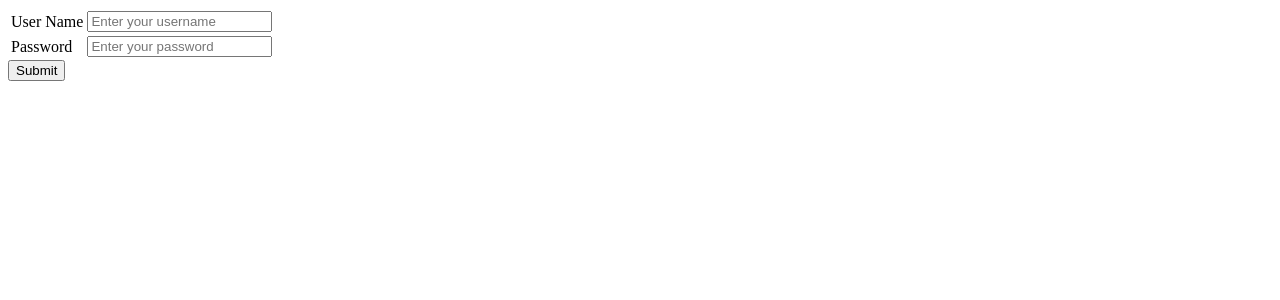
Repository: IT20643218/Employee-Management-System-OOP-Project-20-Y2S2
Page: http://localhost/EmployeeDemo/login.jsp
These files come from the project's save history. The page is drawn as it stood at one moment and after the next save; the edit follows.
The browser window is 1280 px wide. The pictures show the whole page.
The page is served by Tomcat 9. Nobody is signed in. The application's start-up code is not run.

Above is the page before, as saved 2021-09-29 17:14:48.

After the next save:
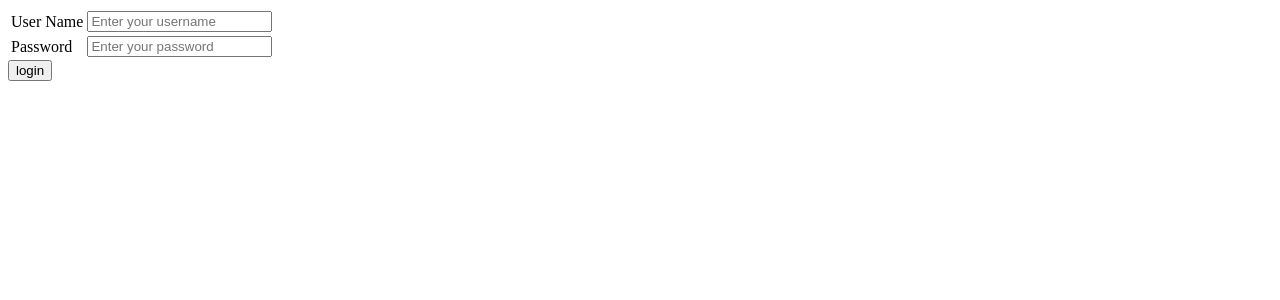
Saved 16 s later.
--- a/Java_Project/EmployeeDemo/src/main/webapp/login.jsp
+++ b/Java_Project/EmployeeDemo/src/main/webapp/login.jsp
@@ -20,7 +20,7 @@
 	</tr>
 	</table>
 
-	<input type="submit" name="submit" vlaue="login">
+	<input type="submit" name="submit" value="login">
 
 	</form>
 

After the save that followed:
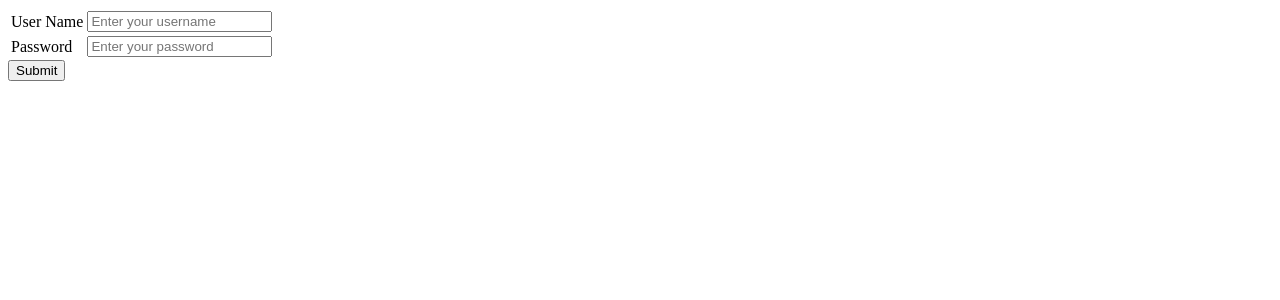
Saved 20 s later.
--- a/Java_Project/EmployeeDemo/src/main/webapp/login.jsp
+++ b/Java_Project/EmployeeDemo/src/main/webapp/login.jsp
@@ -6,6 +6,8 @@
 <meta charset="ISO-8859-1">
 <title>Insert title here</title>
 </head>
+
+
 <body>
 	<form action="log" method="post">
 	<table>
@@ -20,7 +22,7 @@
 	</tr>
 	</table>
 
-	<input type="submit" name="submit" value="login">
+	<input type="submit" name="submit" value="Submit">
 
 	</form>
 
